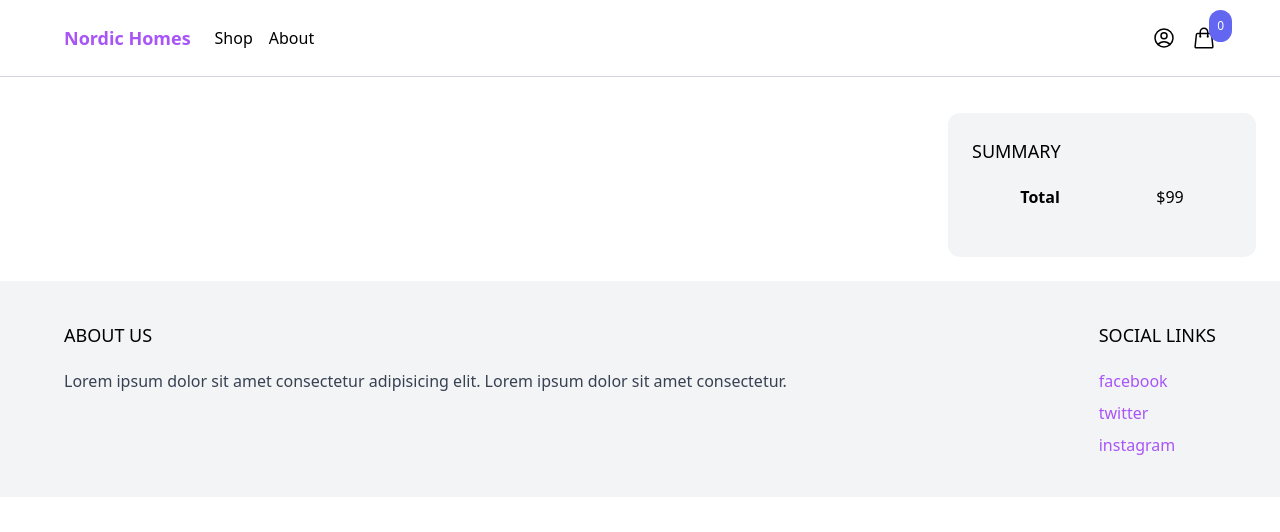
Repository: Calin224/NordicHomes
Page: cart/templates/cart/cart.html
An editor plug-in stored every save of this project. The page is shown before and after the next save, followed by the edit.
The browser window is 1280 px wide. The pictures show the whole page.
Some web libraries are served in a nearby version. The template is drawn by Django 4.2. The application's start-up code is not run. The template is opened directly, without the code that normally fills it, so the values that code supplies are empty.

Above is the page before, as saved 2023-02-16 20:33:43.

After the next save:
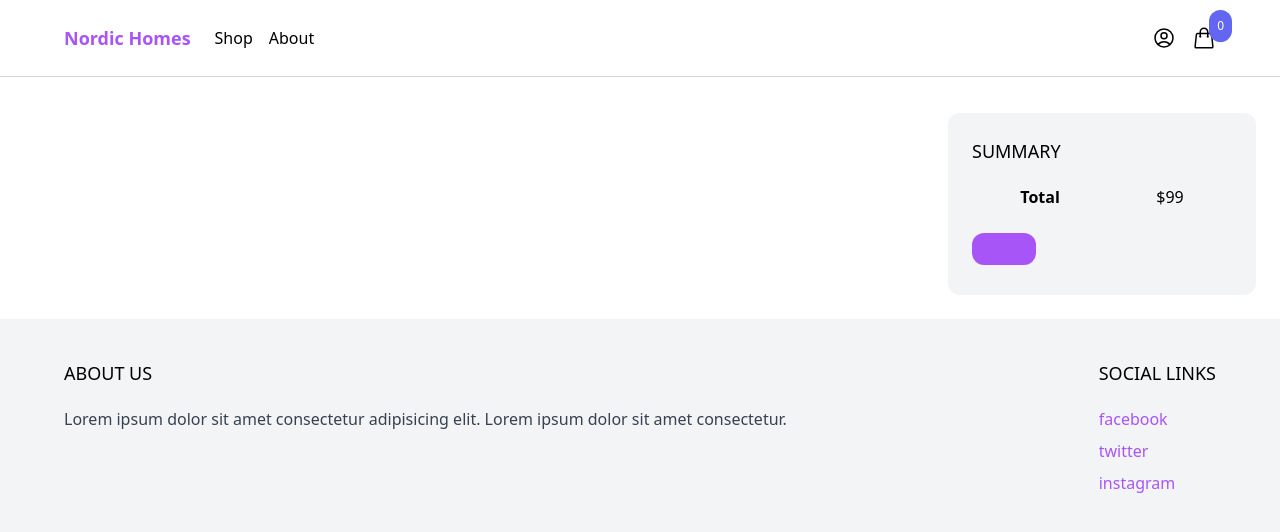
Saved 67 s later.
--- a/cart/templates/cart/cart.html
+++ b/cart/templates/cart/cart.html
@@ -14,6 +14,8 @@
             <span class="font-semibold">Total</span>
             <span>$99</span>
         </div>
+
+        <a href="#" class="inline-block px-8 py-4 rounded-xl bg-purple-500 hover:bg-purple-700"></a>
     </div>
 </div>
 
